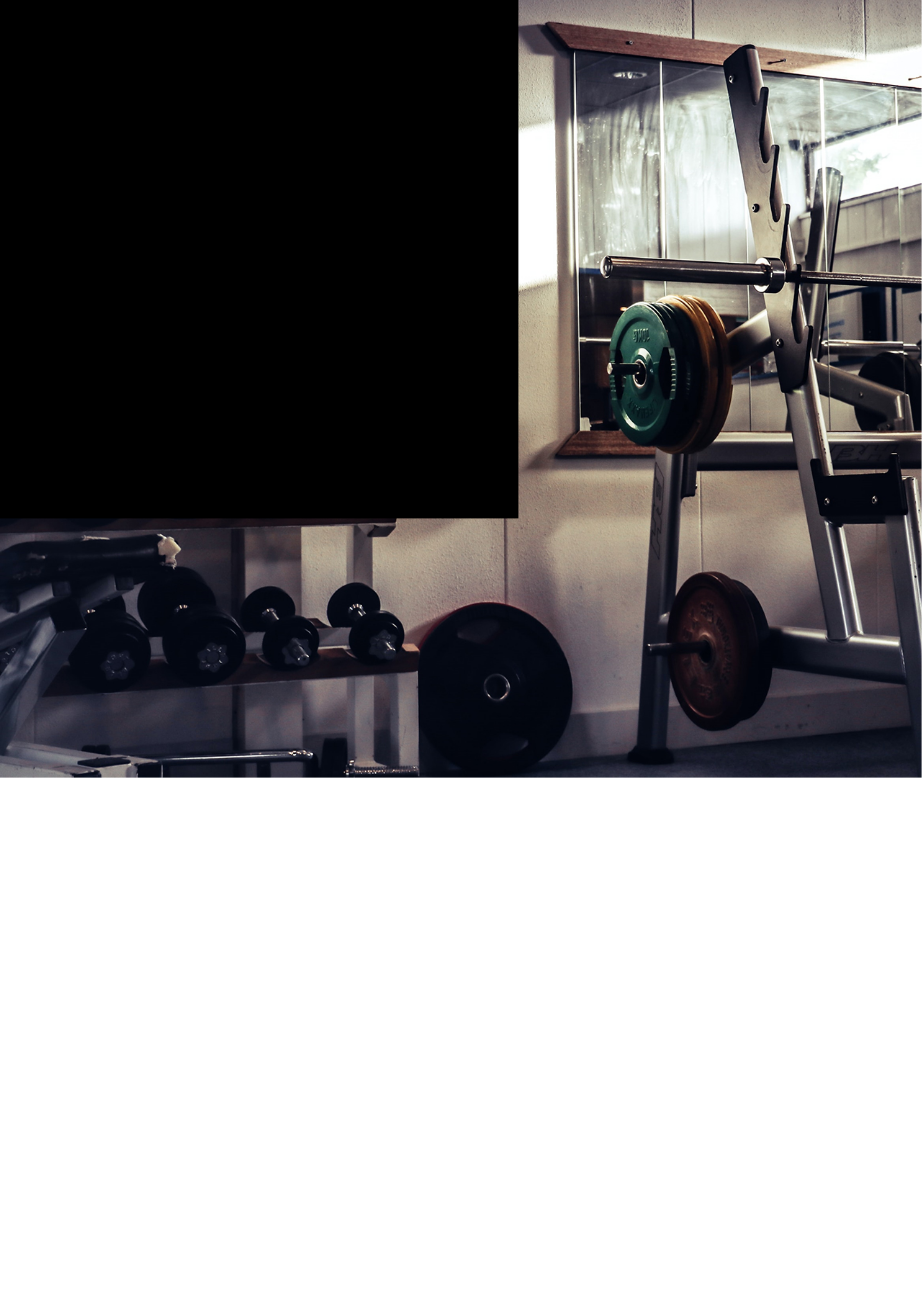
Repository: Mini-T/php-propre
Page: http://localhost/
The author's editor kept a copy of each file at every save. The page is drawn from the files as they stood at one save, then again after the next save.
The browser window is 1280 px wide. The pictures show the whole page, at 72% of full size.
The page is run by PHP 8.4 with error messages shown; the project is at /var/www/html/.

Above is the page before, as saved 2021-03-25 11:02:41.

After the next save:
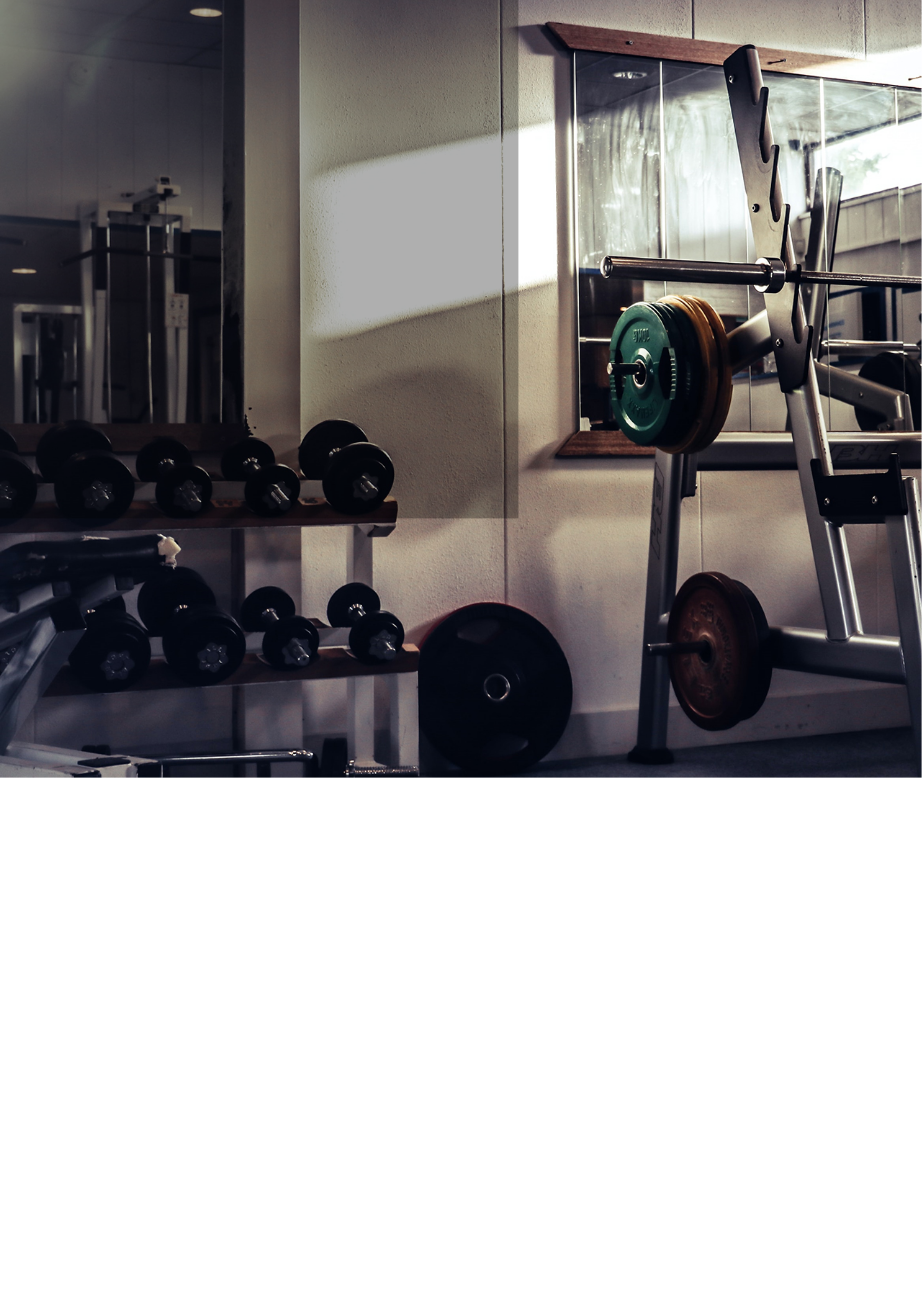
Saved 21 s later.
--- a/Partiel/main.css
+++ b/Partiel/main.css
@@ -83,5 +83,5 @@ a{
     width: 100vh;
     max-height: 1080px;
     max-width: 1920px;;
-    background-color: black;
+    background-color: rgba(0, 0, 0, 0.315);
 }
